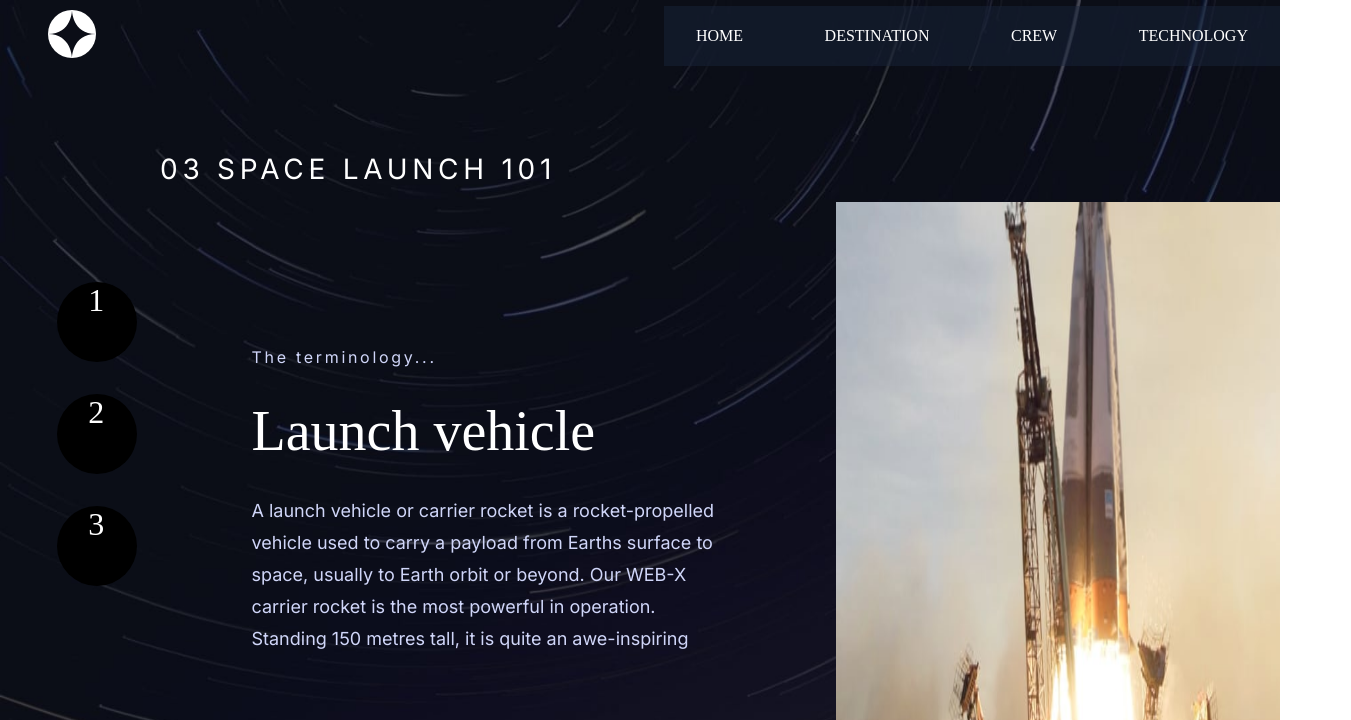
Repository: nilesjamex/space
Page: /Technology
The author's editor kept a copy of each file at every save. The page is drawn from the files as they stood at one save, then again after the next save.
The browser window is 1280 px wide. The page is 1280 px wide, then 1351 px, so the pictures cover 1351 px, including what lies to the right of the window. The pictures show the whole page.
Some web fonts or font styles are not loaded; a fallback is used. The project was rebuilt for these pictures with package versions that can differ from the ones it lists, and the page was loaded fresh each time. The framework's server and built-in components were replaced by stand-ins that run in the browser. Also part of the build but not shown: next.config.js.

Above is the page before, as saved 2022-01-08 23:27:40.

### pages/_document.js
import Document, { Html, Head, Main, NextScript } from 'next/document'

class MyDocument extends Document {
  render() {
    return (
      <Html>
        <Head>
          <link rel="preconnect" href="https://fonts.googleapis.com" />
<link rel="preconnect" href="https://fonts.gstatic.com" crossOrigin />
<link href="https://fonts.googleapis.com/css2?family=Bellefair&display=swap" rel="stylesheet" />
        <link rel="preconnect" href="https://fonts.googleapis.com" />
<link rel="preconnect" href="https://fonts.gstatic.com" crossOrigin />
<link href="https://fonts.googleapis.com/css2?family=Barlow+Condensed:ital,wght@0,100;0,300;0,400;1,100&family=Inter&display=swap" rel="stylesheet" />
        </Head>
        <body>
          <Main />
          <NextScript />
        </body>
      </Html>
    )
  }
}

export default MyDocument

### pages/Technology.js
import React from 'react'
import Home from '../Components/Technology/Home/home';



const Technology = () => {
    return (
        <div>
            <Home />
        </div>
    )
}

export default Technology

### styles/globals.css
a {
  color: inherit;
  text-decoration: none;
}

*{
  margin: 0;
  padding: 0;
  box-sizing: border-box;
  max-width: 100%;
  max-height: 100vh;
  overflow-y: hidden;
}

li {
  list-style: none;
  cursor: pointer;
}

### Components/Technology/Home/home.js
import React from 'react';
import styles from './home.module.css'
import Nav from './../../../Layout/Nav';
import { Image } from 'next/image';
import Tech from './../Tech1/Tech';

export const Home = () => {
    return (
        <div className={styles.home}>
        <div>
         <Nav/>
        </div>
        <div>
        <div>
           <h3 className={styles.hometext}> 03 Space launch 101</h3>
        </div>
        </div>
        <div>
        <Tech />
        </div>
        </div>
    )
}
export default Home

### Components/Technology/Home/home.module.css
.home {
    background: url("../../../public/assets/technology/background-technology-desktop.jpg");
    background-size: cover;
    height: 100vh;
}
.hometext {
    font-family: 'Barlow Condensed', sans-serif;
    font-family: 'Inter', sans-serif;
    font-style: normal;
    font-weight: normal;
    font-size: 28px;
    line-height: 34px;letter-spacing: 4.725px;
    text-transform: uppercase;
    color: #FFFFFF;
    margin: 5rem 0 1rem 10rem;
}

@media screen and (max-width: 1024px) {
    .home {
        background: url("../../../public/assets/technology/background-technology-tablet.jpg");
        background-size: cover;
        height: 100vh;
    }
}

### Layout/Nav.js
import React, {useState} from 'react';
import styles from './nav.module.css';
import Link from 'next/link';

const Nav = ({children}) => {
  const [active, setActive] = useState(false);

  const onClick = (e) => {
    setActive(!active);
  };
    return (
       <div className={styles.navBody}>
        <nav className={styles.nav}>
         <div>
            <svg width="48" height="48" viewBox="0 0 48 48" fill="none" xmlns="http://www.w3.org/2000/svg">
<circle cx="24" cy="24" r="24" fill="white"/>
<path fillRule="evenodd" clipRule="evenodd" d="M24 0C24 0 24 24 0 24C23.5776 24.1714 24 48 24 48C24 48 24 24 48 24C24 24 24 0 24 0Z" fill="#0B0D17" />
</svg>
  </div>

<ul className={`${styles.ul} ${active ? styles.activenav : ""}` } >
<li className={styles.li}><Link href="/"> HOME </Link></li>
<li className={styles.li}><Link href="/Destinations">DESTINATION </Link></li>
<li className={styles.li}><Link href="/Crew">CREW</Link></li>
<li className={styles.li}><Link href="/Technology">TECHNOLOGY</Link></li>
</ul>
<div className={`${styles.toggle} ${active ? styles.toggleanime : ""}`}
          onClick={onClick}
        >
          <div className={`${styles.toggleline} ${styles.line1}`}></div>
          <div className={`${styles.toggleline} ${styles.line2}`}></div>
          <div className={`${styles.toggleline} ${styles.line3}`}></div>
        </div>
        </nav>
      <div className={styles.mainBody}> {children} </div>
</div>
    )
}

export default Nav

### Components/Technology/Tech1/Tech.js
import React, {useState} from 'react'
import Image from 'next/image';
import styles from './Tech.module.css';
import Vehicle from '../../../public/assets//technology/image-launch-vehicle-landscape.jpg';
import Spaceport from '../../../public/assets//technology/image-spaceport-landscape.jpg';
import Capsule from '../../../public/assets//technology/image-space-capsule-landscape.jpg';
const Tech = () => {
    const [steps, setSteps] = useState(1);

    const next = (e) => {
        e.preventDefault();
        setSteps(steps + 1);
    }
    const prev = (e) => {
        e.preventDefault();
        setSteps(steps - 1);
    };

    switch (steps) {
        case 1:
            return (
        <div className={styles.techhome}>
           <div>
           <ul className={styles.numbers}>
           <li className={styles.number}>1</li>
           <li onClick={next} className={styles.number}>2</li>
           <li  onClick={(e) => {
      setSteps(steps+2)}} className={styles.number}>3</li>
           </ul>
           </div>
           <div className={styles.techtext}>
           <p className={styles.techtexthead}>The terminology...</p>
  <h2 className={styles.techtextsub}>Launch vehicle</h2>

  <p className={styles.techtextbody}>A launch vehicle or carrier rocket is a rocket-propelled vehicle used to carry a
  payload from Earths surface to space, usually to Earth orbit or beyond. Our
  WEB-X carrier rocket is the most powerful in operation. Standing 150 metres tall,
  it is quite an awe-inspiring sight on the launch pad!</p>
  </div>
  <div className={styles.imagediv}><Image src={Vehicle} height="527" width="515" alt="uu" /> </div>
        </div>
    );

    case 2: return (
        <div className={styles.techhome}>
           <div>
           <ul className={styles.numbers}>
           <li onClick={prev} className={styles.number}>1</li>
           <li className={styles.number}>2</li>
           <li onClick={next} className={styles.number}>3</li>
           </ul>
           </div>
           <div className={styles.techtext}>
           <p className={styles.techtexthead}>The terminology...</p>
  <h2 className={styles.techtextsub}>Spaceport</h2>

  <p className={styles.techtextbody}> A spaceport or cosmodrome is a site for launching (or receiving) spacecraft,
  by analogy to the seaport for ships or airport for aircraft. Based in the
  famous Cape Canaveral, our spaceport is ideally situated to take advantage
  of the Earth’s rotation for launch.</p>
  </div>
 <div className={styles.imagediv}><Image src={Spaceport} height="527" width="515" alt="uu" /> </div>
        </div>
    );

    case 3:
    return (


     <div className={styles.techhome}>
           <div>
           <ul className={styles.numbers}>
           <li  onClick={(e) => {
      setSteps(steps-2)}} className={styles.number}>1</li>
           <li onClick={prev} className={styles.number}>2</li>
           <li className={styles.number}>3</li>
           </ul>
           </div>
           <div className={styles.techtext}>
           <p className={styles.techtexthead}>The terminology...</p>
  <h2 className={styles.techtextsub}>Space capsule</h2>

  <p className={styles.techtextbody}> A space capsule is an often-crewed spacecraft that uses a blunt-body reentry
  capsule to reenter the Earths atmosphere without wings. Our capsule is where
  you will spend your time during the flight. It includes a space gym, cinema,
  and plenty of other activities to keep you entertained.</p>
  </div>
  <div className={styles.imagediv}><Image src={Capsule} height="527" width="515" alt="uu" /> </div>
        </div>
         )
    }

}

export default Tech

### Layout/nav.module.css
.nav {
    display: flex;
    justify-content: space-between;
    align-items: center;
    padding-left: 3rem;
    width: 100%;
    height: 10vh;
    }

.ul {
    display: flex;
    width: 50%;
    justify-content: space-between;
    align-items: center;
    color: #fff;
    background-color: rgba(24, 36, 59, 0.5);
    height: 60px;
    padding: 0 2rem;

}

.navBody {
    height: 100%;
}
.toggle {
    display: none;
  }

  @media screen and (max-width: 768px) {
    .toggle {
        display: block;
        cursor: pointer;
        order: 2;
        z-index: 10;
        margin-right: 1rem;
      }
      .toggleline {
        width: 30px;
        height: 3px;
        background-color: #fff;
        margin: 5px;
      }
      .ul {
        order: 3;
        width: 100%;
        height: 100%;
        display: inline-block;
        position: fixed;
        z-index: 4;
        right: 0;
        left: 0;
        bottom: 0;
        top: 0;
        display: flex;
        justify-content: center;
        align-items: center;
        flex-direction: column;
        overflow-x: hidden;
        background: rgba(242, 245, 250);
        transform: translateY(100vh);
        transition: all ease-out 0.2s;
        background-color: rgba(24, 36, 59);
      }
      .li {
        margin: 0 0 2rem;
        opacity: 0;
        transform: translateY(10vh);
      }
      .activenav {
        transform: translateX(0);
      }
      .li {
        margin: 0 0 2rem;
        opacity: 1;
        transform: translateX(0);
        transition: all ease-out 0.8s;
      }
      .toggleanime .line1 {
        transform: rotate(-45deg) translate(-5px, 6px);
      }

      .toggleanime .line2 {
        opacity: 0;
      }

      .toggleanime .line3 {
        transform: rotate(45deg) translate(-5px, -6px);
      }

      .ul.activenav {
        transform: translateX(0);
      }
      .li {
        margin: 0 0 2rem;
        opacity: 1;
        transform: translateX(0);
        transition: all ease-out 0.8s;
      }
  }

### Components/Technology/Tech1/Tech.module.css
.techhome {
    display: flex;
    justify-content: space-around;
}
.numbers {
    display: flex;
    flex-direction: column;
    margin-top: 4rem;
}
.number {
    width: 80px;
    height: 80px;
    margin: 1rem 0;
    border-radius: 70%;
    background-color: #000;
    border-left: #000;
    font-family: 'Bellefair', serif;
    font-style: normal;
    font-weight: normal;
    font-size: 32px;
    line-height: 37px;
    /* identical to box height */
    text-align: center;
    align-items: center;
    letter-spacing: 2px;
    color: #FFFFFF
}
.techtext {
    width: 470px;
    height: 303px;
    align-self: center;
    margin-top: 4rem;
}
.techtexthead {
    font-family: 'Barlow Condensed', sans-serif;
    font-family: 'Inter', sans-serif;
    font-style: normal;
    font-weight: normal;
    font-size: 16px;
    line-height: 19px;
    letter-spacing: 2.7px;
    color: #D0D6F9;
}
.techtextsub {
    font-family: 'Bellefair', serif;
    font-style: normal;
    font-weight: normal;
    font-size: 56px;
    line-height: 64px;
    color: #FFFFFF;
    margin-top: 2rem;
}
.techtextbody {
    font-family: 'Barlow Condensed', sans-serif;
    font-family: 'Inter', sans-serif;
    font-style: normal;
    font-weight: normal;
    font-size: 18px;
    line-height: 32px;
    /* or 178% */
    color: #D0D6F9;
    margin: 2rem 0;
}
.imagediv {
    margin-right: -8rem;
}

Loaded but not shown: pages/_app.js (common file)

After the next save:
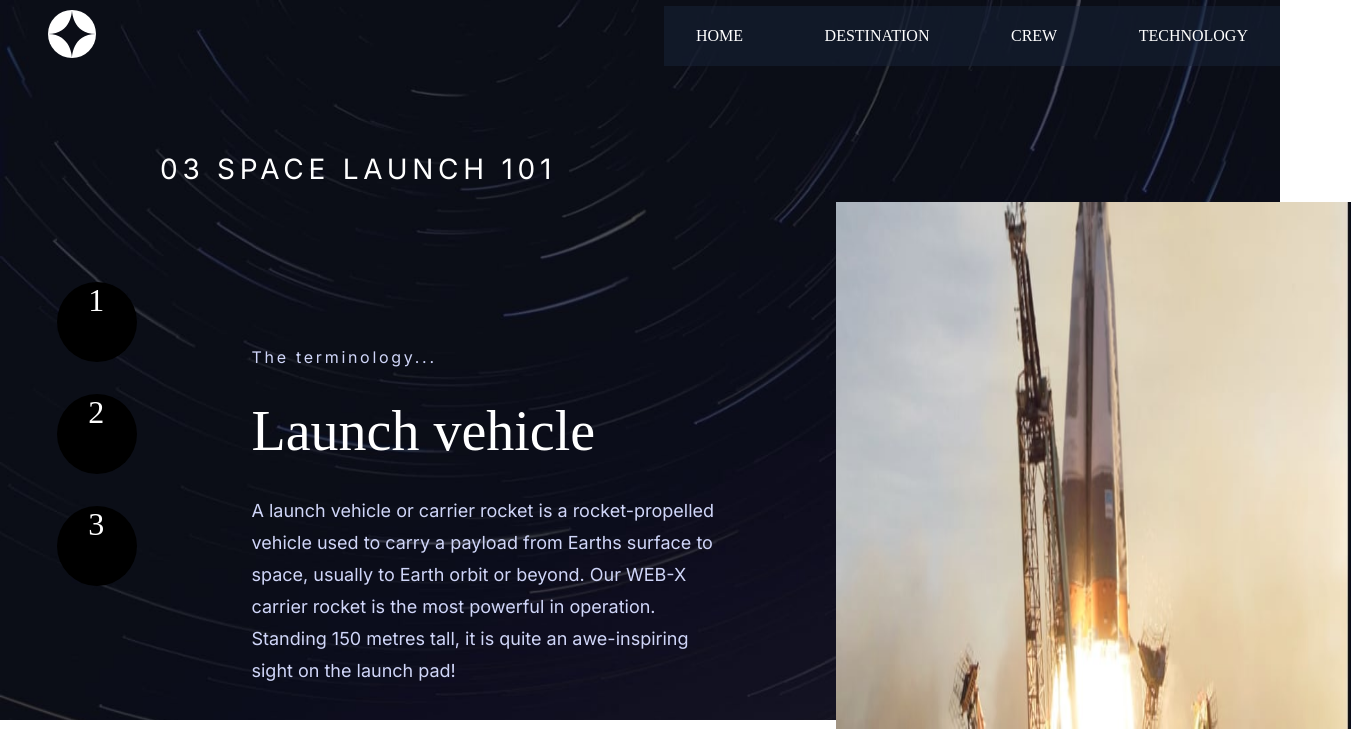
Saved 3 min 25 s later.
--- a/styles/globals.css
+++ b/styles/globals.css
@@ -9,7 +9,7 @@ a {
   box-sizing: border-box;
   max-width: 100%;
   max-height: 100vh;
-  overflow-y: hidden;
+
 }
 
 li {
